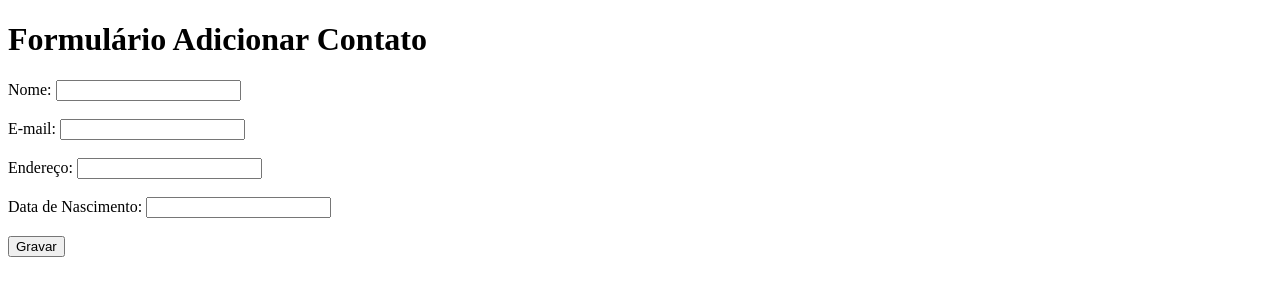
Repository: noceravictor/projetosbs
Page: fj21-agenda/WebContent/adiciona-contato.html
These files come from the project's save history. The page is drawn as it stood at one moment and after the next save; the edit follows.
The browser window is 1280 px wide. The pictures show the whole page.

Above is the page before, as saved 2019-03-19 19:21:15.
Console error: ReferenceError: $ is not defined

After the next save:
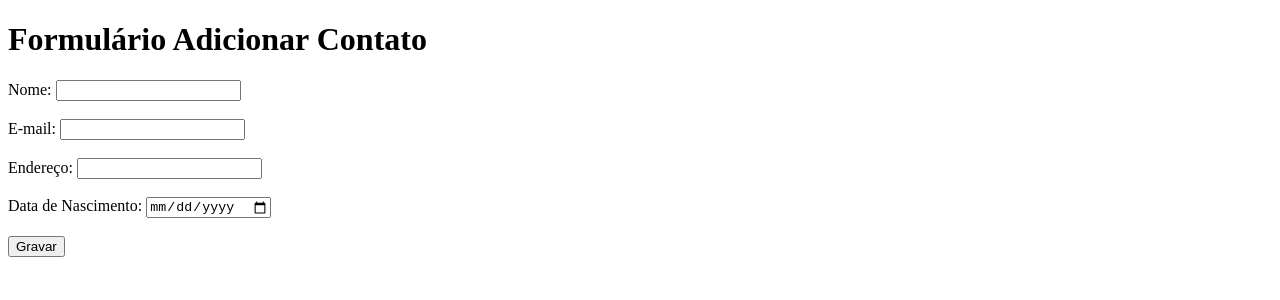
Saved 12 min 59 s later.
--- a/fj21-agenda/WebContent/adiciona-contato.html
+++ b/fj21-agenda/WebContent/adiciona-contato.html
@@ -18,7 +18,7 @@
         Endereço: <input type="text" name="endereco" id="">
         <br>
         <br>
-        Data de Nascimento: <input type="text" name="dataNascimento" id="dataNascimento">
+        Data de Nascimento: <input type="date" name="dataNascimento" id="dataNascimento">
         <br>
         <br>
         <input type="submit" value="Gravar">
